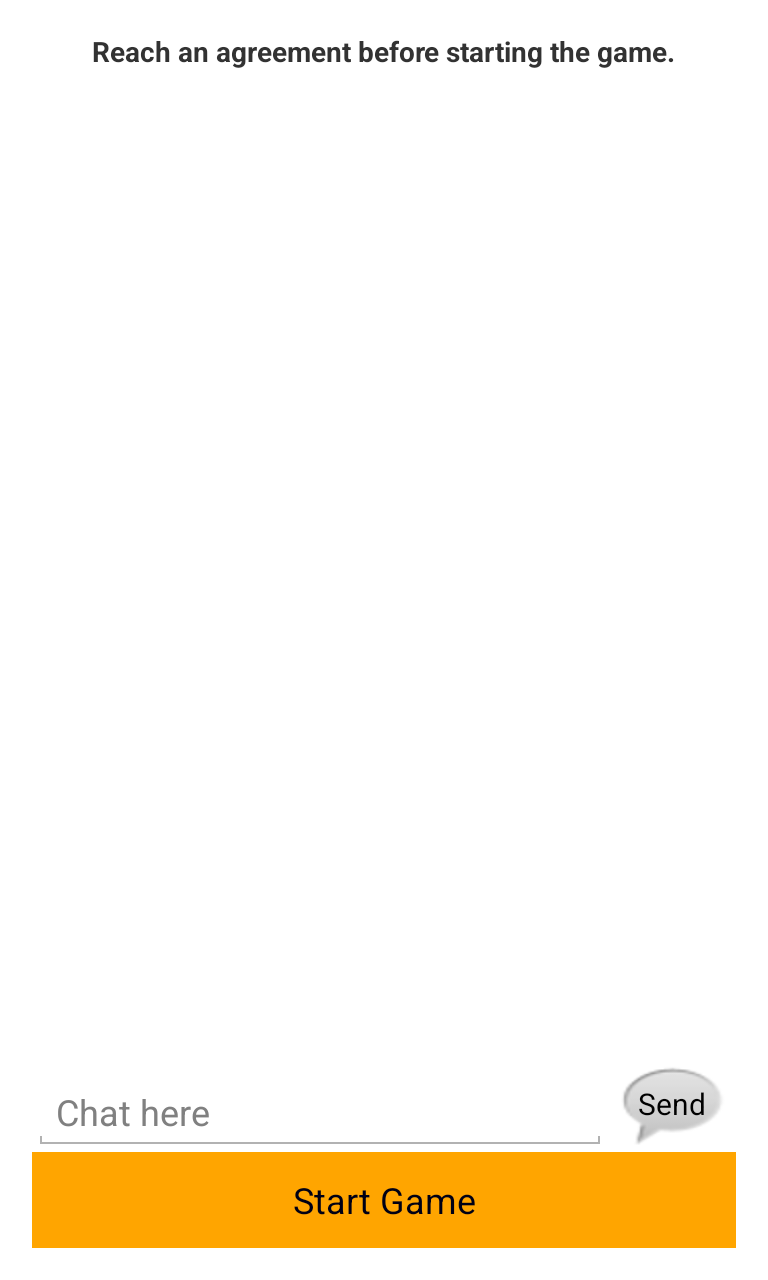
Repository: nidafarooqui/Trading-Game-Version-3
Layout: TaikunServer/res/layout/activity_server_socket.xml
An editor plug-in stored every save of this project. The layout is shown before and after the next save, followed by the edit.
It is drawn on a 768 x 1280 px phone screen (xhdpi) without system bars, with theme AppTheme; the app's code is not run.

Above is the layout before, as saved 2014-08-17 22:35:04.

After the next save:
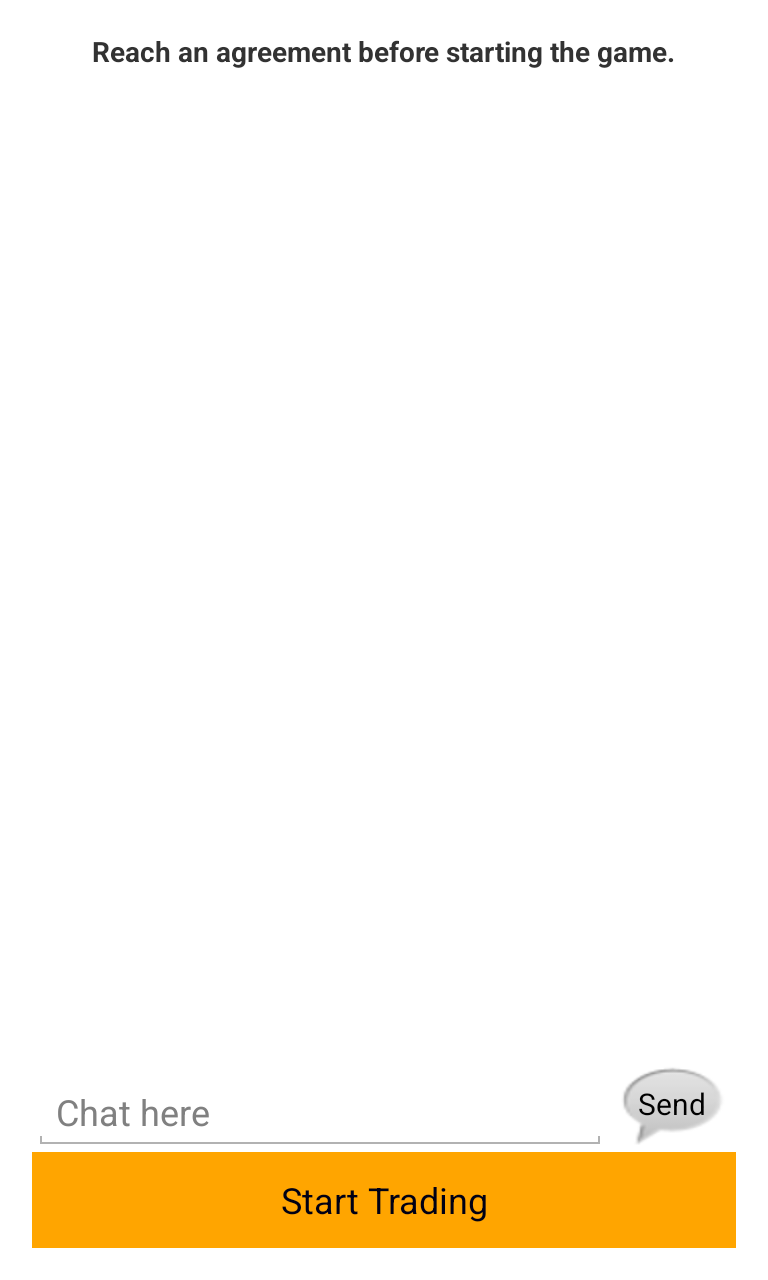
Saved 43 s later.
--- a/TaikunServer/res/layout/activity_server_socket.xml
+++ b/TaikunServer/res/layout/activity_server_socket.xml
@@ -57,7 +57,7 @@
         android:layout_alignParentBottom="true"
         android:layout_alignRight="@+id/sendChatButton"
         android:background="@color/orange"
-        android:text="Start Game"
+        android:text="Start Trading"
         android:textColor="@color/dark" />
 
     <EditText
